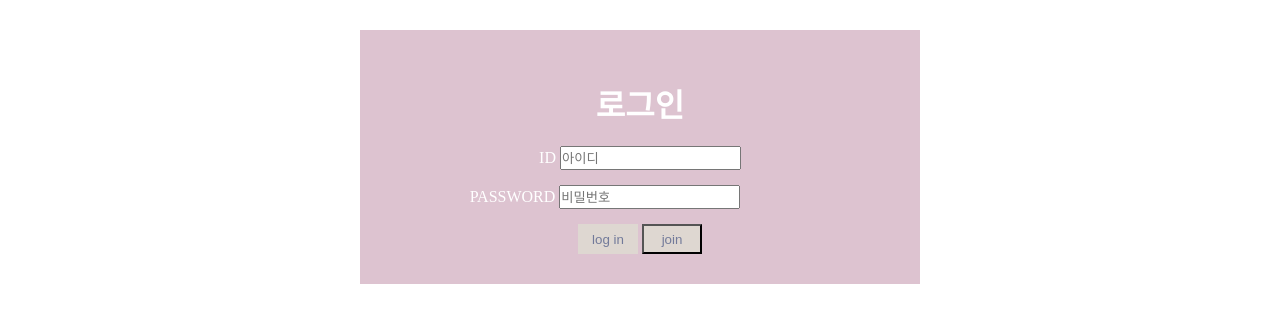
Repository: kayoyo/jsp
Page: http://localhost/BoardWeb_4/login
The author's editor kept a copy of each file at every save. The page is drawn from the files as they stood at one save, then again after the next save.
The browser window is 1280 px wide. The pictures show the whole page.
The page is served by Tomcat 9. Other server files are loaded and not shown.

Above is the page before, as saved 2020-08-27 04:35:32.

### BoardWeb_4/WebContent/WEB-INF/jsp/user/login.jsp
<%@ page language="java" contentType="text/html; charset=UTF-8"
    pageEncoding="UTF-8"%>
<!DOCTYPE html>
<html>
<head>
<meta charset="UTF-8">
<style>
* { margin:0; padding: 0; }
 a {text-decoration:none; color: black;}
 .err {color: red;}
 #container {width: 500px; background-color: #ddc3d0;
 			margin: 0 auto; padding:30px; text-align:center; margin-top: 30px;]}
 h1 {margin: 20px; color: white;}
 .pw {margin-right: 70px;}
 .pw, .id {color: white; margin-bottom: 15px;}
 input {height : 20px;}
 #login {width: 60px; height: 30px;
 		color: #727A9A; background-color: #DED7D1; border: none;}
 #join {width: 60px; height: 30px;
 		color: #727A9A; background-color: #DED7D1;}


</style>
<title>로그인</title>
</head>
<body>
	<div id="container">
	<h1>로그인</h1>
	<div class="err">${msg}</div>
	<form action="/login" method="post" id="logFrom">
	<div class="id">ID
	<input type="text" name="user_id" placeholder="아이디" value="${data.user_id}"></div>
	<div class="pw">PASSWORD
	<input type="password" name="user_pw" placeholder="비밀번호"></div>
	<input type="submit" value="log in" id="login">
	<a href="/join"><button id="join">join</button></a>
	</form>
	</div>
</body>
</html>

### BoardWeb_4/src/com/koreait/pjt/user/LoginSer.java
package com.koreait.pjt.user;

import java.io.IOException;
import javax.servlet.ServletException;
import javax.servlet.annotation.WebServlet;
import javax.servlet.http.HttpServlet;
import javax.servlet.http.HttpServletRequest;
import javax.servlet.http.HttpServletResponse;
import javax.servlet.http.HttpSession;

import com.koreait.pjt.Const;
import com.koreait.pjt.MyUtils;
import com.koreait.pjt.ViewResolver;
import com.koreait.pjt.db.UserDAO;
import com.koreait.pjt.vo.LoginHistroryVO;
import com.koreait.pjt.vo.UserVO;


@WebServlet("/login")
public class LoginSer extends HttpServlet {
	private static final long serialVersionUID = 1L;


	protected void doGet(HttpServletRequest request, HttpServletResponse response) throws ServletException, IOException {
		if(request.getRemoteAddr().equals("192.168.2.6")) {
			response.sendRedirect("/blockip");
		}

		ViewResolver.forword("user/login", request, response);
	}
	protected void doPost(HttpServletRequest request, HttpServletResponse response) throws ServletException, IOException {

		String user_id = request.getParameter("user_id");
		String user_pw = request.getParameter("user_pw");
		String encrypt_pw = MyUtils.encryptString(user_pw);

		UserVO param = new UserVO();
		param.setUser_id(user_id);
		param.setUser_pw(encrypt_pw);

		int result = UserDAO.login(param); //param의 주소값

		if(result !=1) {
			request.setAttribute("data", param);
			switch(result) {
			case 2 : request.setAttribute("msg", "비밀번호가 다릅니다");
			break;
			case 3 : request.setAttribute("msg", "아이디가 다릅니다");
			break;
			default : request.setAttribute("msg", "로그인을 실패했습니다");
			}
			param = null;
			doGet(request, response);
			return;
		}

		//로그인 히스토리 기록
		String agent = request.getHeader("User-Agent");
		System.out.println("agent : " + agent);
		String os = getOs(agent);
		String browser = getBrowser(agent);
		String ip_addr = request.getRemoteAddr();

		System.out.println("os : " + os);
		System.out.println("browser : " + browser);
		System.out.println("ip_addr : " + ip_addr);

		LoginHistroryVO ulhVO = new LoginHistroryVO();
		ulhVO.setI_user(param.getI_user());
		ulhVO.setOs(os);
		ulhVO.setIp_addr(ip_addr);
		ulhVO.setBrowser(browser);
		UserDAO.insUserLoginHistory(ulhVO);


		HttpSession hs = request.getSession();
		hs.setAttribute(Const.LOGIN_USER, param);

		System.out.println("로그인 성공");
		response.sendRedirect("/board/list");

	}
	private String getBrowser(String agent) {
		if(agent.toLowerCase().contains("msie")) {
			return "IE";
		} else if(agent.toLowerCase().contains("chrome")) {
			return "chrome";
		} else if(agent.toLowerCase().contains("safari")) {
			return "safari";
		}
		return "";
	}
	private String getOs(String agent) {

		if(agent.contains("mac")) {
			return "mac";
		} else if(agent.toLowerCase().contains("windows")) {
			return "windows";
		} else if(agent.toLowerCase().contains("x11")) {
			return "linux";
		} else if(agent.toLowerCase().contains("android")) {
			return "android";
		} else if(agent.toLowerCase().contains("iphone")) {
			return "ios";
		}
		return "";
	}

}

### BoardWeb_4/src/com/koreait/pjt/ViewResolver.java
package com.koreait.pjt;

import java.io.IOException;

import javax.servlet.ServletException;
import javax.servlet.http.HttpServlet;
import javax.servlet.http.HttpServletRequest;
import javax.servlet.http.HttpServletResponse;

public class ViewResolver {
	public static void forword(String fileNm, HttpServletRequest request, HttpServletResponse response) throws ServletException, IOException{
		String jsp = String.format("/WEB-INF/jsp/%s.jsp", fileNm);
		request.getRequestDispatcher(jsp).forward(request, response);

	}

	//로그인 체크
	public static void forwordLoginChk(String fileNm, HttpServletRequest request, HttpServletResponse response) throws ServletException, IOException {

		if(MyUtils.isLogout(request)) {
			response.sendRedirect("/login"); //로그인이 안되어 있을 때
			return;
		}
		ViewResolver.forword(fileNm, request, response);
	}

}

After the next save:
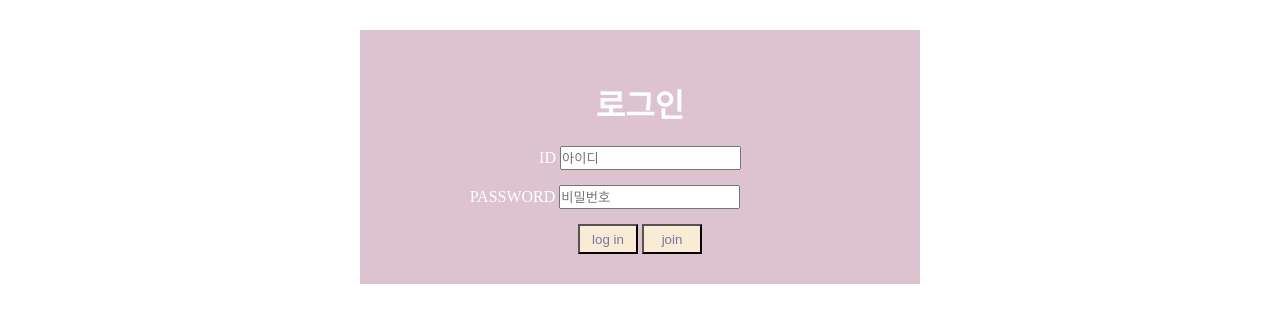
Saved 36 s later.
--- a/BoardWeb_4/WebContent/WEB-INF/jsp/user/login.jsp
+++ b/BoardWeb_4/WebContent/WEB-INF/jsp/user/login.jsp
@@ -15,9 +15,9 @@
  .pw, .id {color: white; margin-bottom: 15px;}
  input {height : 20px;}
  #login {width: 60px; height: 30px;
- 		color: #727A9A; background-color: #DED7D1; border: none;}
+ 		color: #727A9A; background-color: #faebd7;}
  #join {width: 60px; height: 30px;
- 		color: #727A9A; background-color: #DED7D1;}
+ 		color: #727A9A; background-color: #faebd7;}
 
 
 </style>
